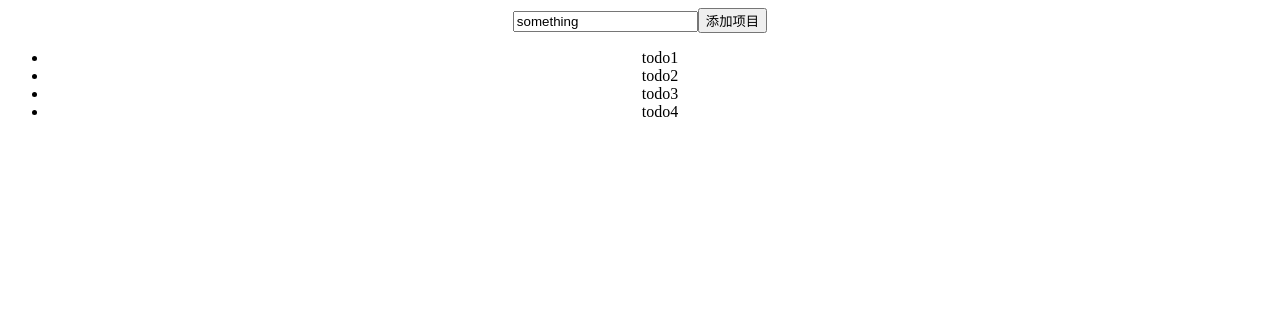
Repository: ArtemisWang/todolistProject
Page: /
These files come from the project's save history. The page is drawn as it stood at one moment and after the next save; the edit follows.
The browser window is 1280 px wide. The pictures show the whole page.
The project was rebuilt for these pictures with package versions that can differ from the ones it lists, and the page was loaded fresh each time.

Above is the page before, as saved 2020-02-28 21:33:03.

After the next save:
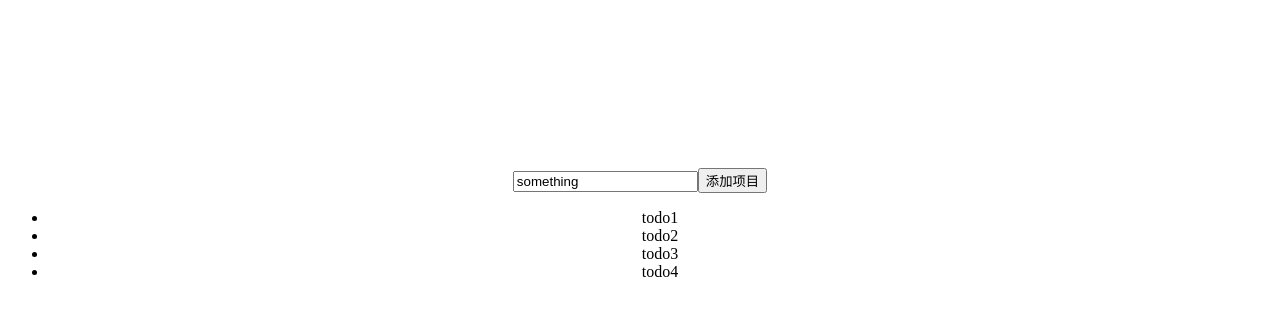
Saved 32 s later.
--- a/src/App.css
+++ b/src/App.css
@@ -1,3 +1,4 @@
 .app{
     text-align: center;
+    padding-top: 10rem;
 }
